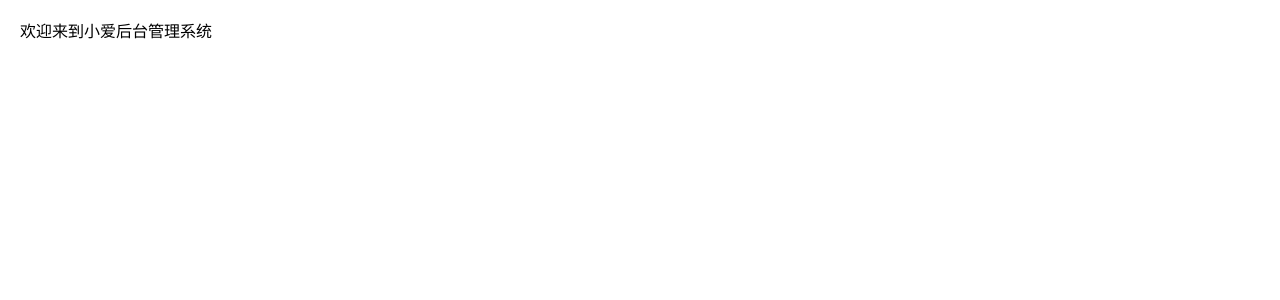
Repository: ZHANG-0714/backstage
Page: /home
The author's editor kept a copy of each file at every save. The page is drawn from the files as they stood at one save, then again after the next save.
The browser window is 1280 px wide. The pictures show the whole page.
The project was rebuilt for these pictures with package versions that can differ from the ones it lists, and the page was loaded fresh each time. Also part of the build but not shown: vue.config.js, src/views/Home.vue.

Above is the page before, as saved 2020-08-31 16:09:59.

### public/index.html
<!DOCTYPE html>
<html lang="en">

<head>
  <meta charset="utf-8">
  <meta http-equiv="X-UA-Compatible" content="IE=edge">
  <meta name="viewport" content="width=device-width,initial-scale=1.0">
  <link rel="icon" href="<%= BASE_URL %>favicon.ico">
  <title><%= htmlWebpackPlugin.options.title %></title>
</head>

<body>
  <noscript>
    <strong>We're sorry but <%= htmlWebpackPlugin.options.title %> doesn't work properly without JavaScript enabled.
      Please enable it to continue.</strong>
  </noscript>
  <div id="app"></div>
  <!-- built files will be auto injected -->

  <!--[if lte IE 9]>
    <div style='position:absolute; top: 50%; left:50%; margin-top: -50px;margin-left: -400px; align-items: center;justify-content: center;'>
      <div style='width: 800px; height: 100px;text-align: center'>
        <h1>
        您的浏览器版本过低 请下载最新的谷歌浏览器
      </h1>
      <div style='text-align: center;width: 800px'>
        <a href='http://rj.baidu.com/soft/detail/14744.html?ald'>下载谷歌浏览器点此链接</a>
      </div>
      </div>
    </div>
  <![endif]-->
</body>

</html>

### src/App.vue
<template>
  <div id="app">
    <router-view />
  </div>
</template>

<style lang="scss">
@import "../style/Css";
@import '../style/Situation'
</style>

### src/router/index.js
import Vue from 'vue'
import VueRouter from 'vue-router'
import Home from '../views/Home.vue'
import Public from '../views/Public.vue'

Vue.use(VueRouter)

const routes = [
  {
    path: '/home',
    redirect: '/'
  },
  {
    path: '/',
    component: Public,
    children: [
      {
        path: '',
        name: 'Home',
        component: Home,  //首页
        meta: {
          title: "首页"
        }
      },
    ]
  }
]

const router = new VueRouter({
  mode: 'history',
  base: process.env.BASE_URL,
  routes
})

export default router

### src/store/index.js
import Vue from 'vue'
import Vuex from 'vuex'
import user from './user/user'

Vue.use(Vuex)

export default new Vuex.Store({
  state: {
  },
  mutations: {
  },
  actions: {
  },
  modules: {
    user
  }
})

### style/Css.css
* {
	margin: 0;
	padding: 0;
}

.flex {
	display: flex;
}

.justify-content {
	justify-content: center;
}

.align-items {
	align-items: center;
}

.space-around {
	justify-content: space-around;
}

.space-between {
	justify-content: space-between;
}

.flex-direction {
	flex-direction: column;
}

.flex-end {
	align-items: flex-end;
}

.text-overflow {
	overflow: hidden;
	text-overflow: ellipsis;
	display: -webkit-box;
	-webkit-line-clamp: 1;
	-webkit-box-orient: vertical;
}

.opacity {
	opacity: 0.9;
}

.filter {
	filter: blur(30px);
	z-index: -1;
}

.flex-wrap {
	flex-wrap: wrap;
}

.position {
	position: fixed;
}

### style/Situation.scss
.el-card--header--img--doos {
    .el-card__header {
        border-bottom: 1px solid #535353;
    }
    .el-form-item__label{
        padding: 0;
    }
}

### src/views/Public.vue
<template>
  <!-- 公共 -->
  <div>
    <headTop></headTop>
  </div>
</template>

<script>
import headTop from "../components/public/headTop";
export default {
  name: "",
  props: {},
  components: {
    headTop,
  },
  data() {
    return {};
  },
  methods: {},
  mounted() {},
  watch: {},
  computed: {},
};
</script>

<style scoped lang='scss'>
</style>

### src/store/user/user.js
import api from '../../http/api'
import router from '../../router'
import { Message } from 'element-ui'

export default {
    // 开启命名空间 这个文件就是单独的一个vuex的模块
    namespaced: true,
    state: {
        menus: []
    },
    mutations: {
        seMenus(state, data) {
            state.menus = data
        }
    },
    actions: {
        //所有的请求都写在actions里面
        // actions 里面的方法可以传两个参数，第一个参数是整个store(vuex对象) 第二个参数是请求的参数
        async getMenus({ commit }) {
            let res = await api.getMenus()
            if (res.meta.status === 200) {
                // 提交mutation
                commit('setMenus', res.data)
            }
        },
        //登录
        async login({ commit }, { username, password }) {
            let res = await api.login({
                username,
                password
            })
            console.log(commit);
            console.log(res);
            if (res.meta.status === 200) {
                // 存储信息
                localStorage.setItem('adminToken', res.data.toke)
                localStorage.setItem('adminUser', JSON.stringify(res.data))
                // 跳转路由
                router.push('/')
                // 提示用户
                Message.success('登录成功')
            }
        }
    },
}

### src/components/public/headTop.vue
<template>
  <!-- 头部组件 -->
  <div class="top flex align-items">
    <div>欢迎来到小爱后台管理系统</div>
  </div>
</template>

<script>
export default {
  name: "",
  props: {},
  components: {},
  data() {
    return {};
  },
  methods: {},
  mounted() {},
  watch: {},
  computed: {},
};
</script>

<style scoped lang='scss'>
.top {
  height: 60px;
  padding: 0 20px;
}
</style>

### src/http/api.js
import service from './index'

export default {
    login({ username, password }) {
        return service.post('/login', {
            username,
            password
        })
    }
}

### src/http/index.js
import axios from 'axios'
import nprogress from 'nprogress'
import { Message } from 'element-ui'

//运行环境：本地环境:devlpment 和线上（生产）环境：production
const ispro = process.env.NODE_ENV === 'production'

//创建一个axios的实例
const service = axios.create({
    //基础路径:需要根据当前的运行环境来判断
    baseURL: ispro ? '线上接口路径' : '/api',
    //超时时间
    timeout: 100000
})

// 请求拦截：每一次发请求都会做的事
service.interceptors.request.use((config) => {
    nprogress.start()
    //前后端鉴权
    //jwt：JSON WEB TOKEN
    //登录成功后 后端会返回一个令牌
    let token = localStorage.getItem('abminToken')
    if (token) {
        config.headers['Authorization'] = token
    }
    return config
}, err => {
    nprogress.done()
    return Promise.reject(err)
})

//响应拦截：每一次接口返回数据的时候都会做的事
service.interceptors.response.use((res) => {
    nprogress.done()
    return res.data
}, err => {
    if (err.response && err.response.status) {
        // 错误请求的状态码
        let status = err.response.status
        if (status === 400) {
            Message.error('参数错误')
        }
        if (status === 401) {
            Message.error('登录过期，请重新登录')
        }
        if (status === 403) {
            Message.error('没有权限')
        }
        if (status === 404) {
            Message.error('接口路径错误')
        }
        if (status === 500) {
            Message.error('服务器出错')
        }
        if (status === 503) {
            Message.error('服务器在维护')
        }
    }
    return Promise.reject(err)
}
)

export default service

Loaded but not shown: src/main.js (common file)

After the next save:
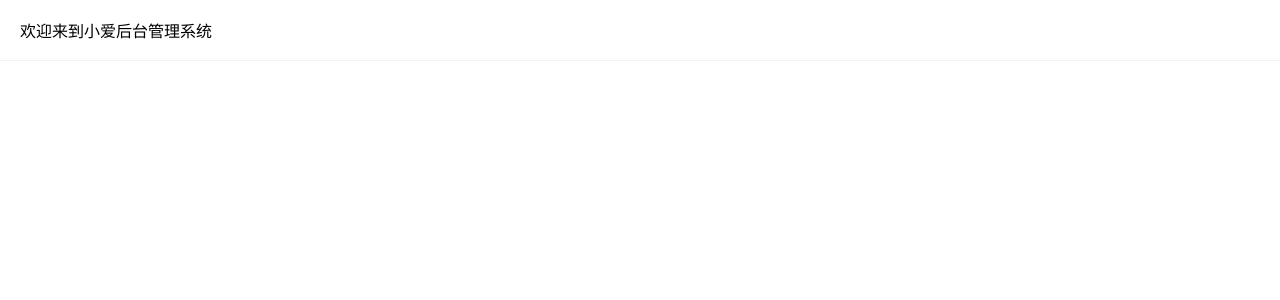
Saved 18 s later.
--- a/src/components/public/headTop.vue
+++ b/src/components/public/headTop.vue
@@ -24,5 +24,6 @@ export default {
 .top {
   height: 60px;
   padding: 0 20px;
+  border-bottom: 1px solid #f0f2f5;
 }
 </style>
